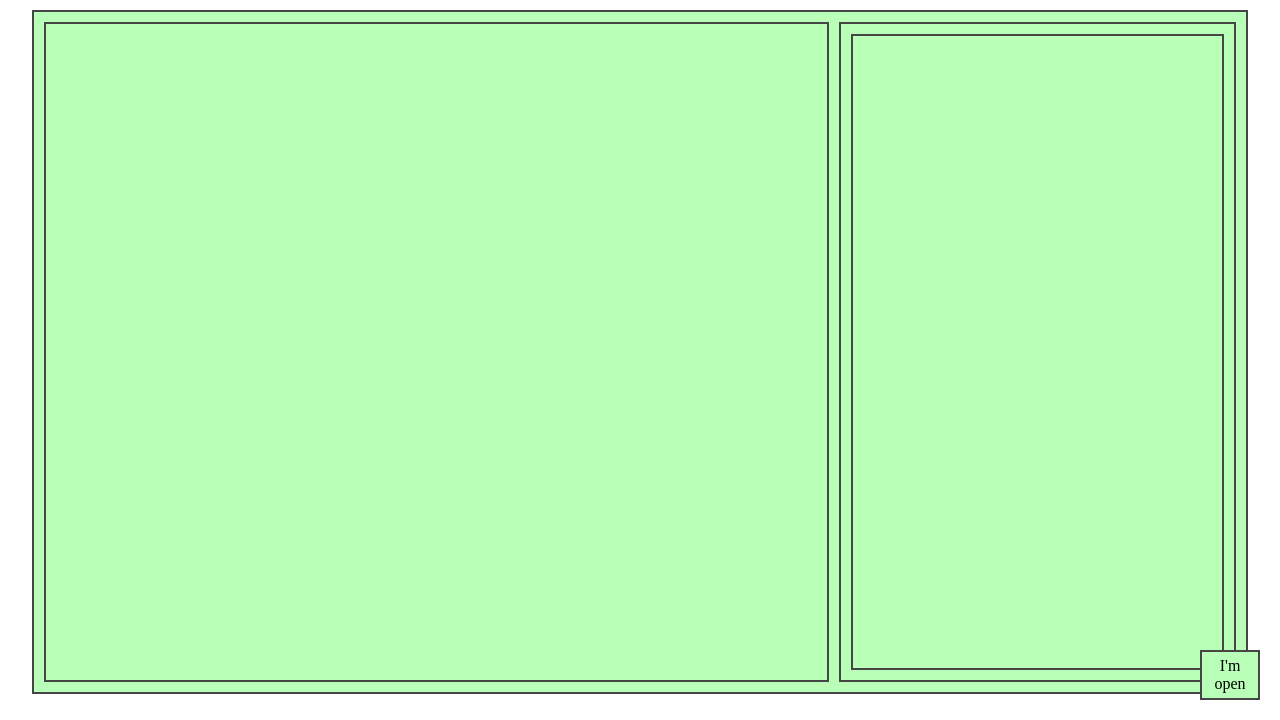
Repository: tannerbroberts/tannerbroberts.github.io
Page: /
These files come from the project's save history. The page is drawn as it stood at one moment and after a run of saves; the edit follows.
The browser window is 1280 px wide. The pictures show the whole page.
The project was rebuilt for these pictures with package versions that can differ from the ones it lists, and the page was loaded fresh each time. Also part of the build but not shown: vite.config.ts.

Above is the page before, as saved 2022-10-04 10:22:12.

### src/index.js
import React from "react"
import ReactDOM from "react-dom/client"
import App from "./App"
import ATP_ContextProvider from "./providers/ATP_Context"

const root = ReactDOM.createRoot(document.getElementById("root"))
root.render(
	<React.StrictMode>
		<ATP_ContextProvider>
			<React.StrictMode>
				<App />
			</React.StrictMode>
		</ATP_ContextProvider>
	</React.StrictMode>
)

### src/App.js
import React from "react"
import { cssHelper } from "./api/cssHelper"
import Main from "./components/Main"
import Shelf from "./components/Shelf"
import ShelfToggle from "./components/ShelfToggle"

function App() {
	const AppCSS = {
		...cssHelper,
		height: "95vh",
		width: "95vw",
		marginTop: "10px",
		display: "flex",
		position: "relative",
	}

	return (
		<div style={AppCSS}>
			<Main />
			<Shelf />
			<ShelfToggle />
		</div>
	)
}

export default App

### src/providers/ATP_Context.js
/* eslint-disable react/prop-types */
import React, { useContext, useReducer, createContext } from "react"
import ATP_Reducer, { initialState } from "./ATP_Reducer"

export const ATP_StateContext = createContext()
export const ATP_DispatchContext = createContext()

export default function ATP_ContextProvider({ children }) {
	const [state, dispatch] = useReducer(ATP_Reducer, initialState)

	return (
		<ATP_StateContext.Provider value={state}>
			<ATP_DispatchContext.Provider value={dispatch}>
				{children}
			</ATP_DispatchContext.Provider>
		</ATP_StateContext.Provider>
	)
}

export const useATP_StateContext = () => useContext(ATP_StateContext)
export const useATP_DispatchContext = () =>
	useContext(ATP_DispatchContext)

### src/api/cssHelper.js
export const cssHelper = {
	boxSizing: "border-box",

	height: "100%",
	width: "100%",
	// border: "2px solid black",
	margin: "auto",
	padding: "10px",
	gap: "10px",
	display: "grid",
	// gridTemplateRows / gridTemplateColumns
	gridTemplate: "1fr / 1fr",
	backgroundColor: "rgb(185, 255, 183)",
	border: "2px solid rgb(69, 69, 69)",
}

export const mainColor = {
	backgroundColor: "blue",
}

### src/components/Shelf/index.js
export { default } from "./Shelf"

### src/components/ShelfToggle/index.js
export { default } from './ShelfToggle'

### src/providers/ATP_Reducer.js
export const initialState = {
	mainStack: [
		/* main frames */
		{ frameType: "", value: "" },
	],
	shelf: {
		/* directly corresponds to the main frame */
	},
	shelfOpen: true,
	library: [
		/* All items live here. Eventually, they're going to be returned from the server */
	],
	filters: [
		/* object list of matchers
		{complexVariableMatcher: criteria list}
		{nameContains: STRING},
		{containsVariable: VARIABLE_ID},
		{color: COLOR},
		{pattern: PATTERN},
		{owner: USER_ID},
		{createdBy: DATE},
		{length: TIME_LENGTH},
		{pattern: PATTERN},
		*/
	],
}

function loadFrame(state, action) {
	const stack = state.mainFrame
	stack.push(action.value)
	return { ...state, mainFrame: stack }
}

function closeFrame(state) {
	const stack = state.mainFrame
	stack.pop()
	return { ...state, mainFrame: stack }
}

function toggleShelf(state) {
	return { ...state, shelfOpen: !state?.shelfOpen }
}

const dispatchDictionary = {
	LOAD_FRAME: loadFrame,
	CLOSE_FRAME: closeFrame,
	TOGGLE_SHELF: toggleShelf,
}

export default function ATP_Reducer(state, action) {
	console.log('calling a reducer function now')
	if (action.type && dispatchDictionary[action.type])
		return dispatchDictionary[action.type](state, action)
}

### src/components/Main/Main.js
import React from "react"
import { cssHelper } from "../../api/cssHelper"

const MainCSS = {
	...cssHelper,
	width: "100%",
}

export default function Main() {
	return <div style={MainCSS} />
}

### src/components/Shelf/Shelf.js
/* eslint-disable react/prop-types */
import React from "react"
import { cssHelper } from "../../api/cssHelper"
import { useATP_StateContext } from "../../providers/ATP_Context"

const shelfContentCSS = (openStatus) => {
	const obj = { ...cssHelper }
	openStatus ? '' : (obj.display = "none")

	return obj
}

const shelfCSS = (openStatus) => {
	const obj = { ...cssHelper, width: "50%" }
	openStatus ? obj.right = "10px" : (obj.right = "-100px")

	return obj
}

export default function Shelf() {
	const { shelfOpen } = useATP_StateContext()

	return (
		<div style={shelfCSS(shelfOpen)}>
			<div style={shelfContentCSS(shelfOpen)}></div> {/** content area */}
		</div>
	)
}

### src/components/ShelfToggle/ShelfToggle.js
/* eslint-disable react/prop-types */
import React from "react"
import { useATP_StateContext } from "../../providers/ATP_Context"
import { useATP_DispatchContext } from "../../providers/ATP_Context"
import { cssHelper } from '../../api/cssHelper'

export default function ShelfToggle() {
	const state = useATP_StateContext()
	const dispatch = useATP_DispatchContext()

	const shelfToggleCSS = {
		...cssHelper,
		position: "fixed",
		bottom: "20px",
		right: "20px",
		height: "50px",
		width: "60px",
		padding: "5px",
		textAlign: "center",
	}

	return (
		<div
			style={shelfToggleCSS}
			onClick={() => dispatch({ type: "TOGGLE_SHELF" })}
		>
			{state?.shelfOpen ? "I'm open" : "I'm closed"}
		</div>
	)
}

Loaded but not shown: public/index.html (common file); src/components/Main/index.js (common file)

After the next 2 saves:
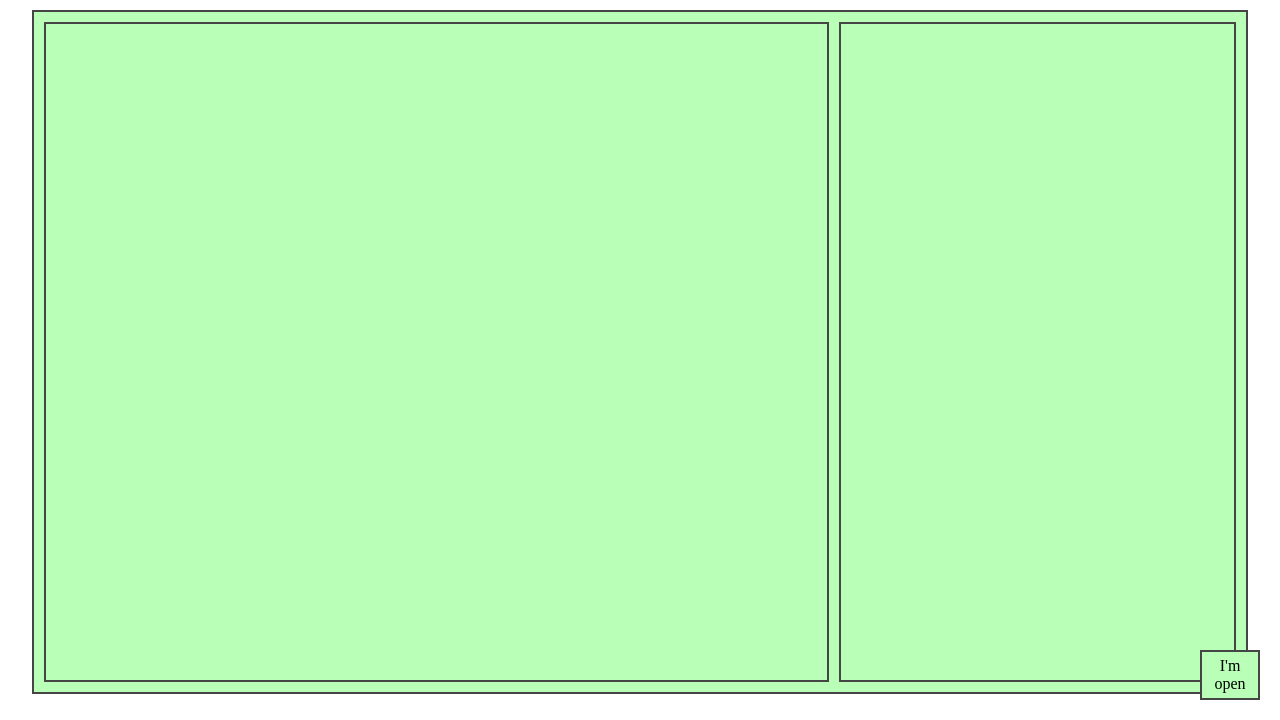
The 2 saves are shown as one change because they came seconds apart.
The last was saved 28 s later.
--- a/src/components/Shelf/Shelf.js
+++ b/src/components/Shelf/Shelf.js
@@ -3,16 +3,9 @@ import React from "react"
 import { cssHelper } from "../../api/cssHelper"
 import { useATP_StateContext } from "../../providers/ATP_Context"
 
-const shelfContentCSS = (openStatus) => {
-	const obj = { ...cssHelper }
-	openStatus ? '' : (obj.display = "none")
-
-	return obj
-}
-
 const shelfCSS = (openStatus) => {
 	const obj = { ...cssHelper, width: "50%" }
-	openStatus ? obj.right = "10px" : (obj.right = "-100px")
+	openStatus ? (obj.right = "10px") : (obj.right = "-100px")
 
 	return obj
 }
@@ -20,9 +13,5 @@ const shelfCSS = (openStatus) => {
 export default function Shelf() {
 	const { shelfOpen } = useATP_StateContext()
 
-	return (
-		<div style={shelfCSS(shelfOpen)}>
-			<div style={shelfContentCSS(shelfOpen)}></div> {/** content area */}
-		</div>
-	)
+	return <div style={shelfCSS(shelfOpen)}></div>
 }
